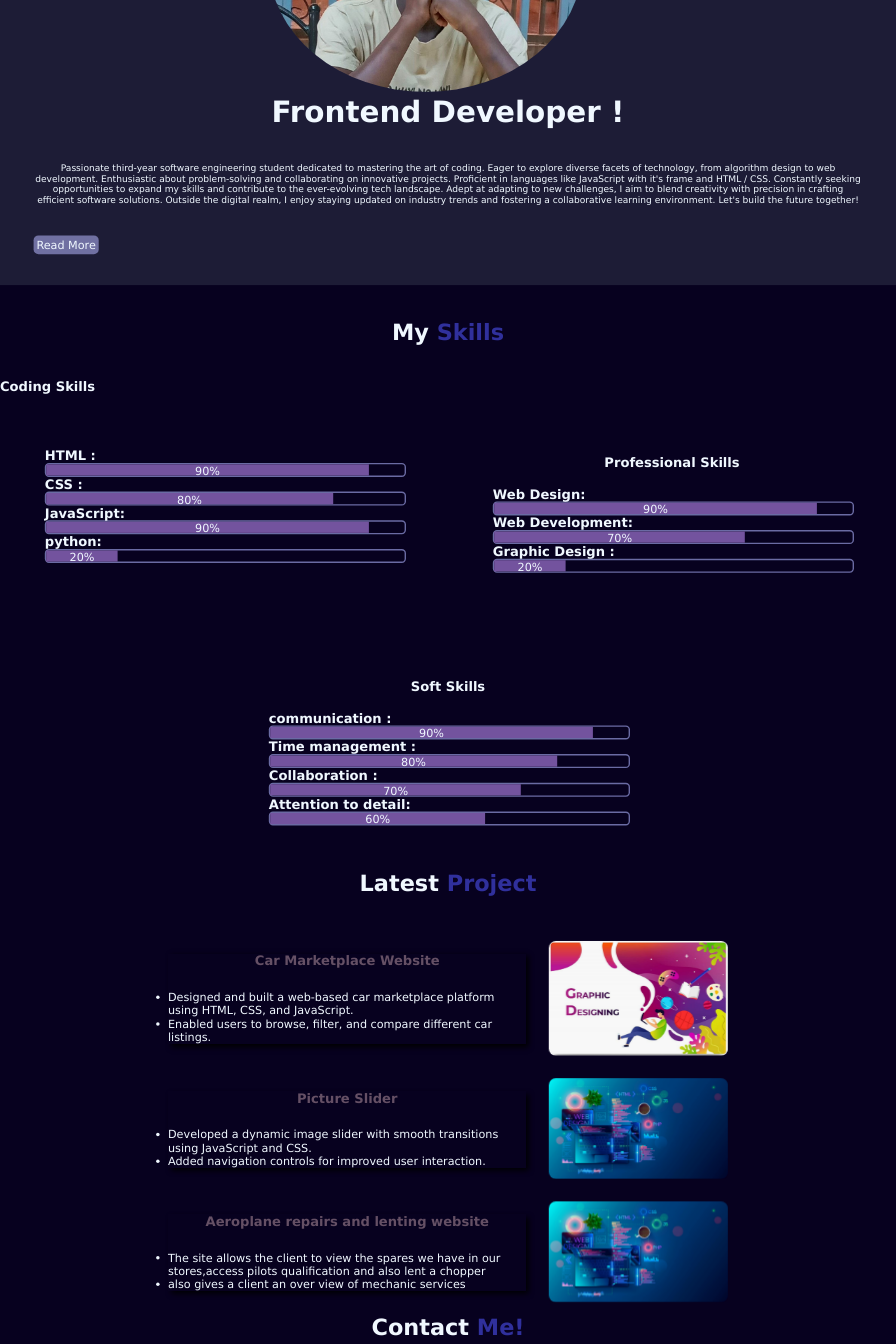
Repository: shrewd-baddest/portfolio
Page: myportfolio-main/index.html
An editor plug-in stored every save of this project. The page is shown before and after the next save, followed by the edit.
The browser window is 1280 px wide. The pictures show the part of the page from y = 915 to 2835 px (the page is 3325 px tall before and 3340 px after), at 70% of full size.
Some web libraries are served in a nearby version.

Above is the page before, as saved 2025-06-24 07:46:58.

After the next save:
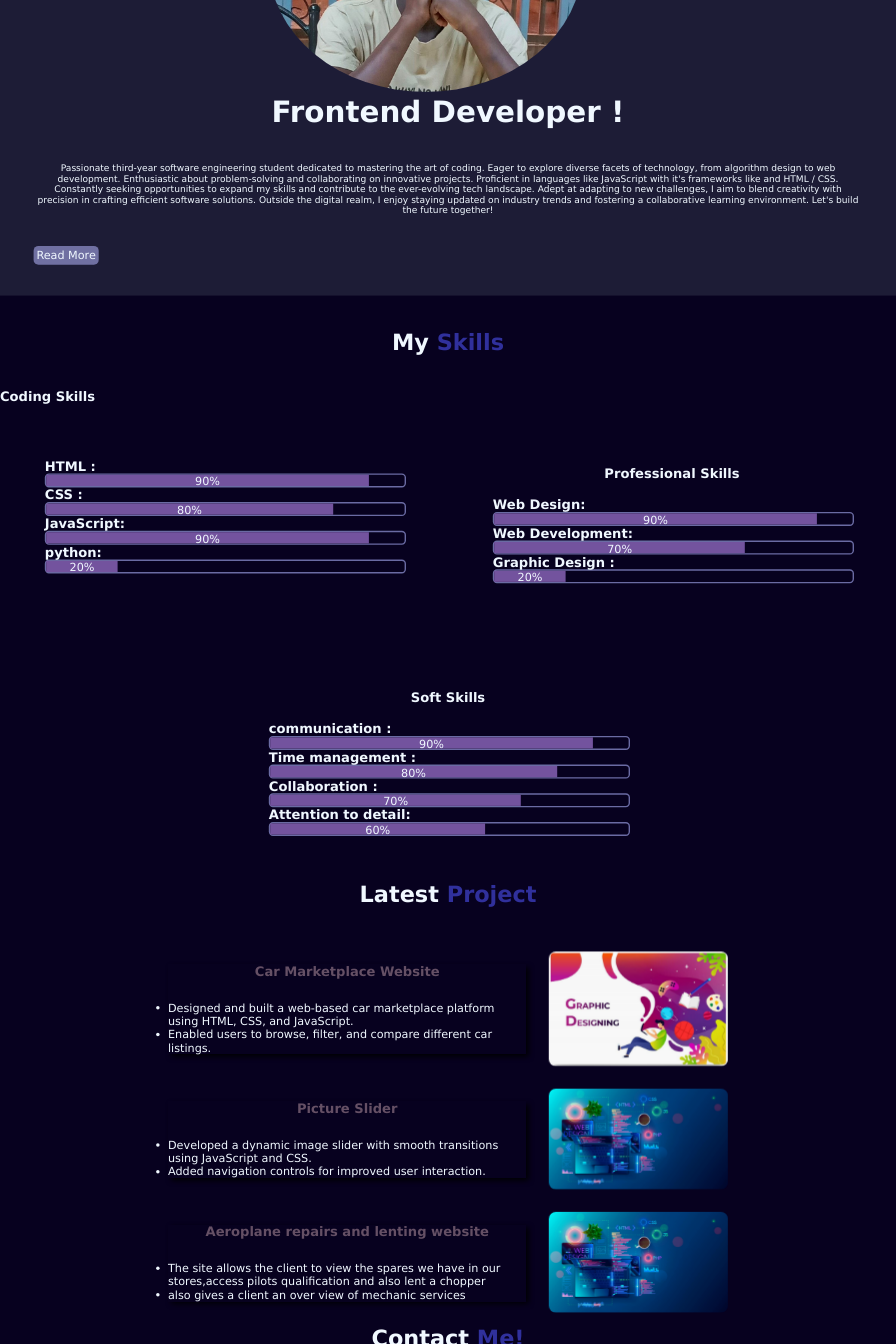
Saved 7 s later.
--- a/myportfolio-main/index.html
+++ b/myportfolio-main/index.html
@@ -69,7 +69,7 @@
             <h3 class="cont-head">Frontend Developer !</h3>
             <p class="cont-par">Passionate third-year software engineering student dedicated to mastering the art of coding. Eager to
                 explore diverse facets of technology, from algorithm design to web development. Enthusiastic about
-                problem-solving and collaborating on innovative projects. Proficient in languages like JavaScript with it's frame and HTML /
+                problem-solving and collaborating on innovative projects. Proficient in languages like JavaScript with it's frameworks like  and HTML /
                 CSS. Constantly seeking opportunities to expand my skills and contribute to the ever-evolving tech
                 landscape. Adept at adapting to new challenges, I aim to blend creativity with precision in crafting
                 efficient software solutions. Outside the digital realm, I enjoy staying updated on industry trends and
